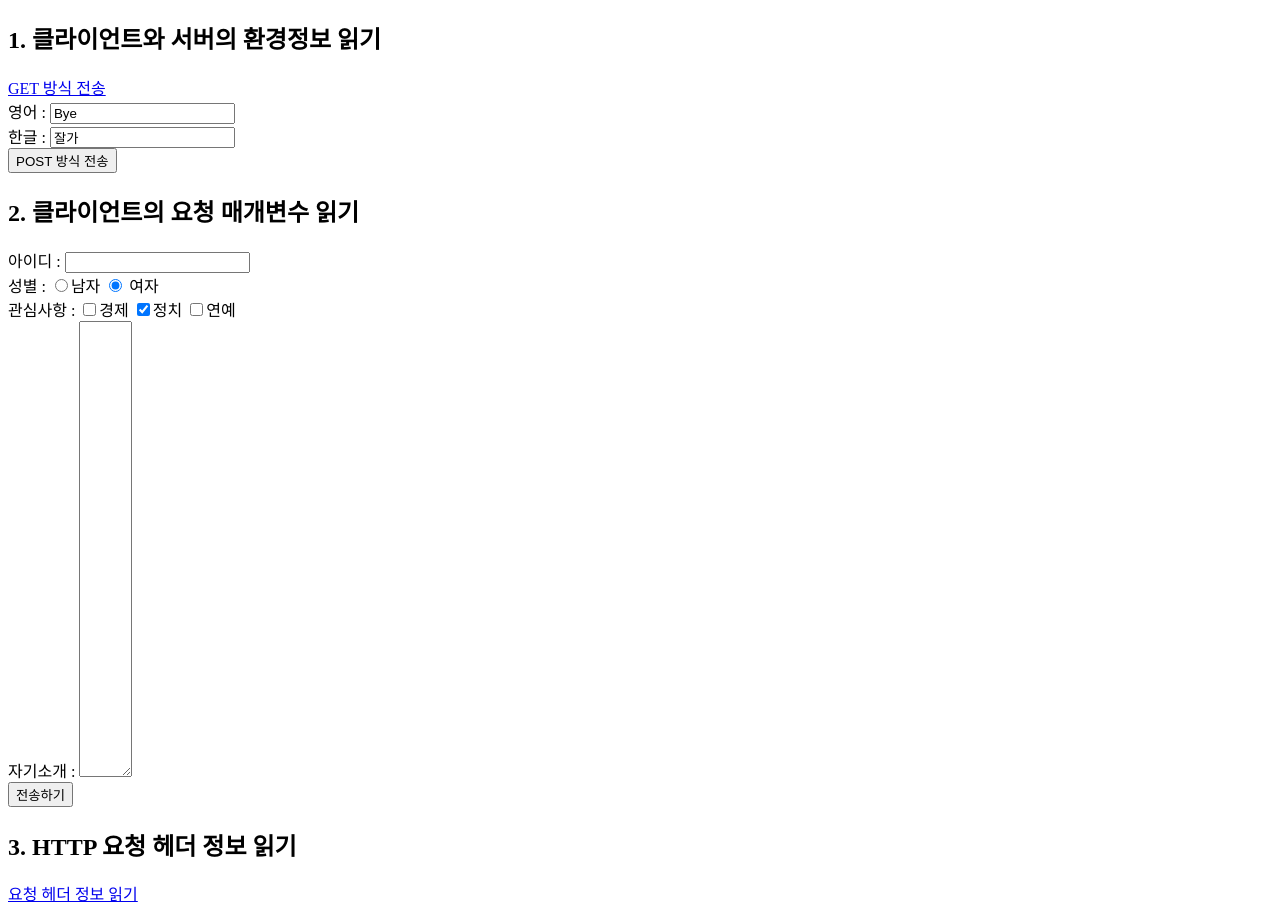
Repository: redi961/JSP_Studying
Page: http://localhost/MustHaveJSP/02_ImplicitObject/RequestMain.jsp
These files come from the project's save history. The page is drawn as it stood at one moment and after the next save; the edit follows.
The browser window is 1280 px wide. The pictures show the whole page.
The page is served by Tomcat 9. Other server files are loaded and not shown.

Above is the page before, as saved 2022-10-11 01:01:25.

### MustHaveJSP/src/main/webapp/02_ImplicitObject/RequestMain.jsp
<%@ page language="java" contentType="text/html; charset=UTF-8"
    pageEncoding="UTF-8"%>
<!DOCTYPE html>
<html><title>내장 객체 - request</title>
<head>
<meta charset="UTF-8">
</head>
<body>
	<h2>1. 클라이언트와 서버의 환경정보 읽기</h2>
	<a href ="./RequestWebInfo.jsp?eng=Hello&han=안녕">
	  GET 방식 전송
	</a>
	<br/>
	<form action="RequestWebInfo.jsp" method="post">
		영어 : <input type ="text" name="eng" value="Bye" /> <br/>
		한글 : <input type ="text" name="han" value="잘가" /> <br/>
		<input type ="submit" value="POST 방식 전송" />
	</form>


	<h2>2. 클라이언트의 요청 매개변수 읽기</h2>
	<form method="post" action="RequestParameter.jsp">
		아이디 : <input type="text" name="id" value="" /> <br/>
		성별 :
		<input type="radio" name="sex" value="man" />남자
		<input type="radio" name="sex" value="man" checked="checked"/> 여자
		<br/>
		관심사항 :
		<input type="checkbox" name="fave" value="eco" />경제
		<input type="checkbox" name="fave" value="pol" checked="checked"/>정치
		<input type="checkbox" name="fave" value="ent"/>연예<br/>
		자기소개 :
		<textarea name ="intro" rows="30" cols="4"></textarea>
		<br/>
		<input type="submit" value="전송하기" />
	</form>

	<h2>3. HTTP 요청 헤더 정보 읽기</h2>
	<a href="RequestHeader.jsp">
		요청 헤더 정보 읽기
	</a>
</body>
</html>

After the next save:
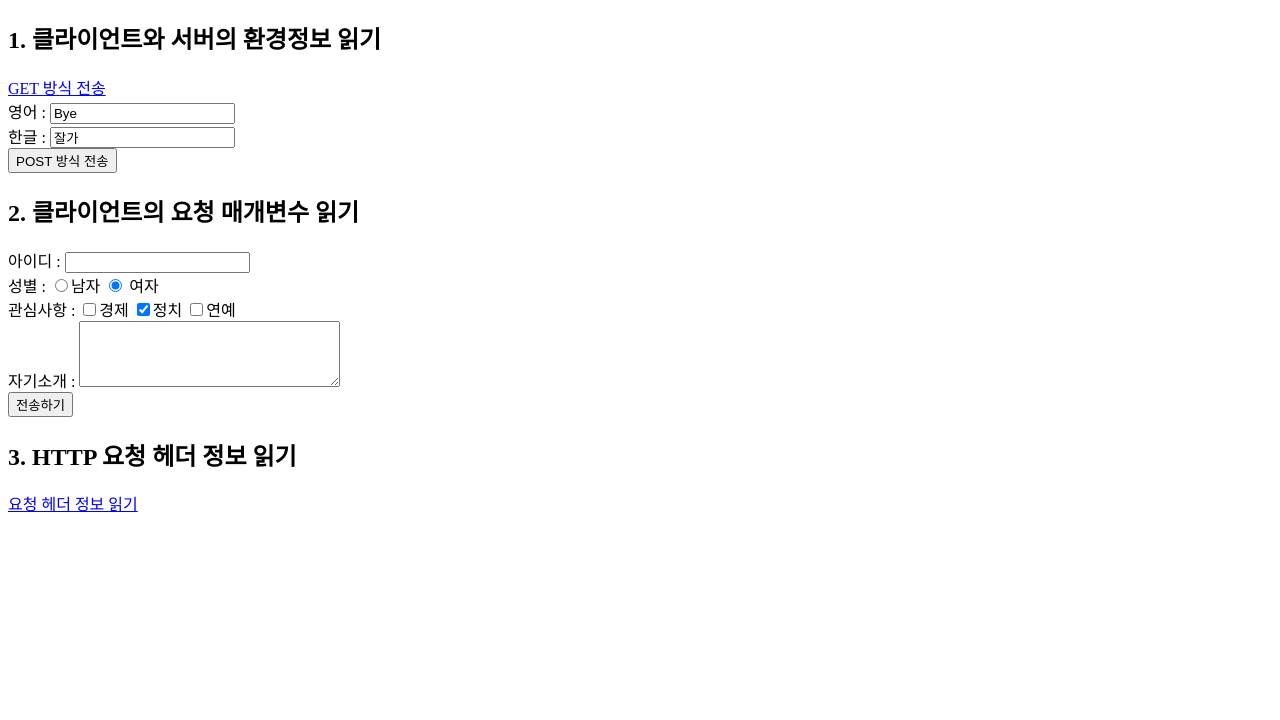
Saved 20 s later.
--- a/MustHaveJSP/src/main/webapp/02_ImplicitObject/RequestMain.jsp
+++ b/MustHaveJSP/src/main/webapp/02_ImplicitObject/RequestMain.jsp
@@ -30,7 +30,7 @@
 		<input type="checkbox" name="fave" value="pol" checked="checked"/>정치
 		<input type="checkbox" name="fave" value="ent"/>연예<br/>
 		자기소개 :
-		<textarea name ="intro" rows="30" cols="4"></textarea>
+		<textarea name ="intro" rows="4" cols="30"></textarea>
 		<br/>
 		<input type="submit" value="전송하기" />
 	</form>
